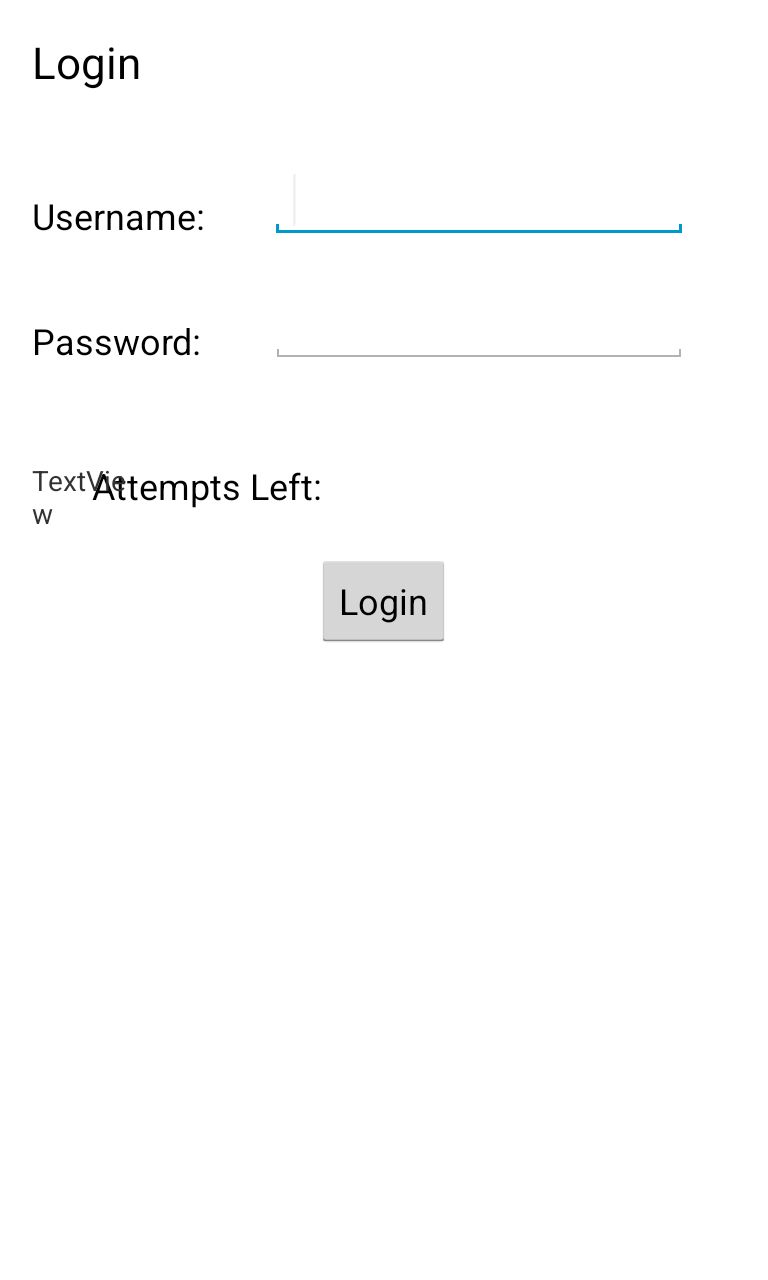
Repository: ktarrant/medixpress
Layout: medixpress_commercial/res/layout/activity_login.xml
An editor plug-in stored every save of this project. The layout is shown before and after the next save, followed by the edit.
It is drawn on a 768 x 1280 px phone screen (xhdpi) without system bars, with theme AppTheme; the app's code is not run.

Above is the layout before, as saved 2014-04-09 03:44:52.

After the next save:
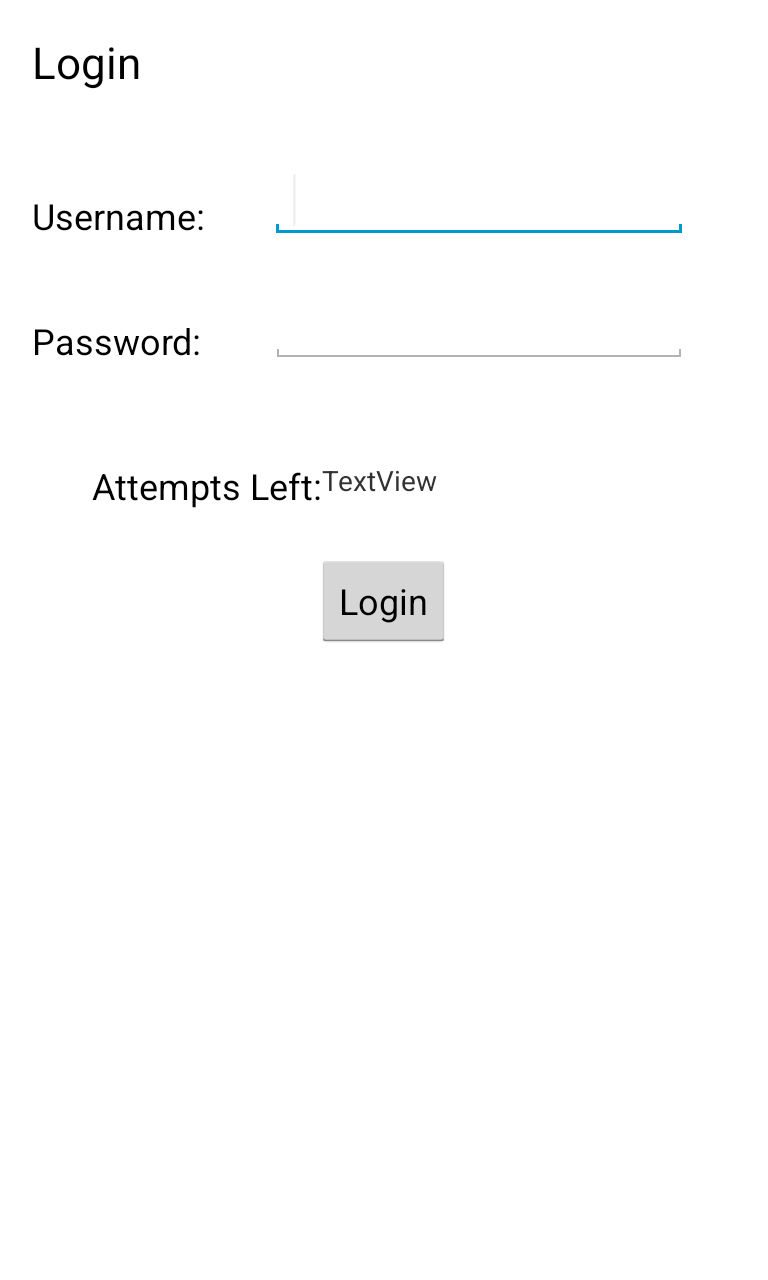
Saved 5 min 58 s later.
--- a/medixpress_commercial/res/layout/activity_login.xml
+++ b/medixpress_commercial/res/layout/activity_login.xml
@@ -71,14 +71,6 @@
       android:textAppearance="?android:attr/textAppearanceMedium" />
 
    <TextView
-      android:id="@+id/textView5"
-      android:layout_width="wrap_content"
-      android:layout_height="wrap_content"
-      android:layout_alignRight="@+id/textView1"
-      android:layout_alignTop="@+id/textView4"
-      android:text="TextView" />
-
-   <TextView
        android:id="@+id/textView1"
        android:layout_width="wrap_content"
        android:layout_height="wrap_content"
@@ -87,4 +79,12 @@
        android:text="@string/Login"
        android:textAppearance="?android:attr/textAppearanceLarge" />
 
+   <TextView
+       android:id="@+id/textView5"
+       android:layout_width="wrap_content"
+       android:layout_height="wrap_content"
+       android:layout_alignTop="@+id/textView4"
+       android:layout_toRightOf="@+id/textView4"
+       android:text="TextView" />
+
 </RelativeLayout>
